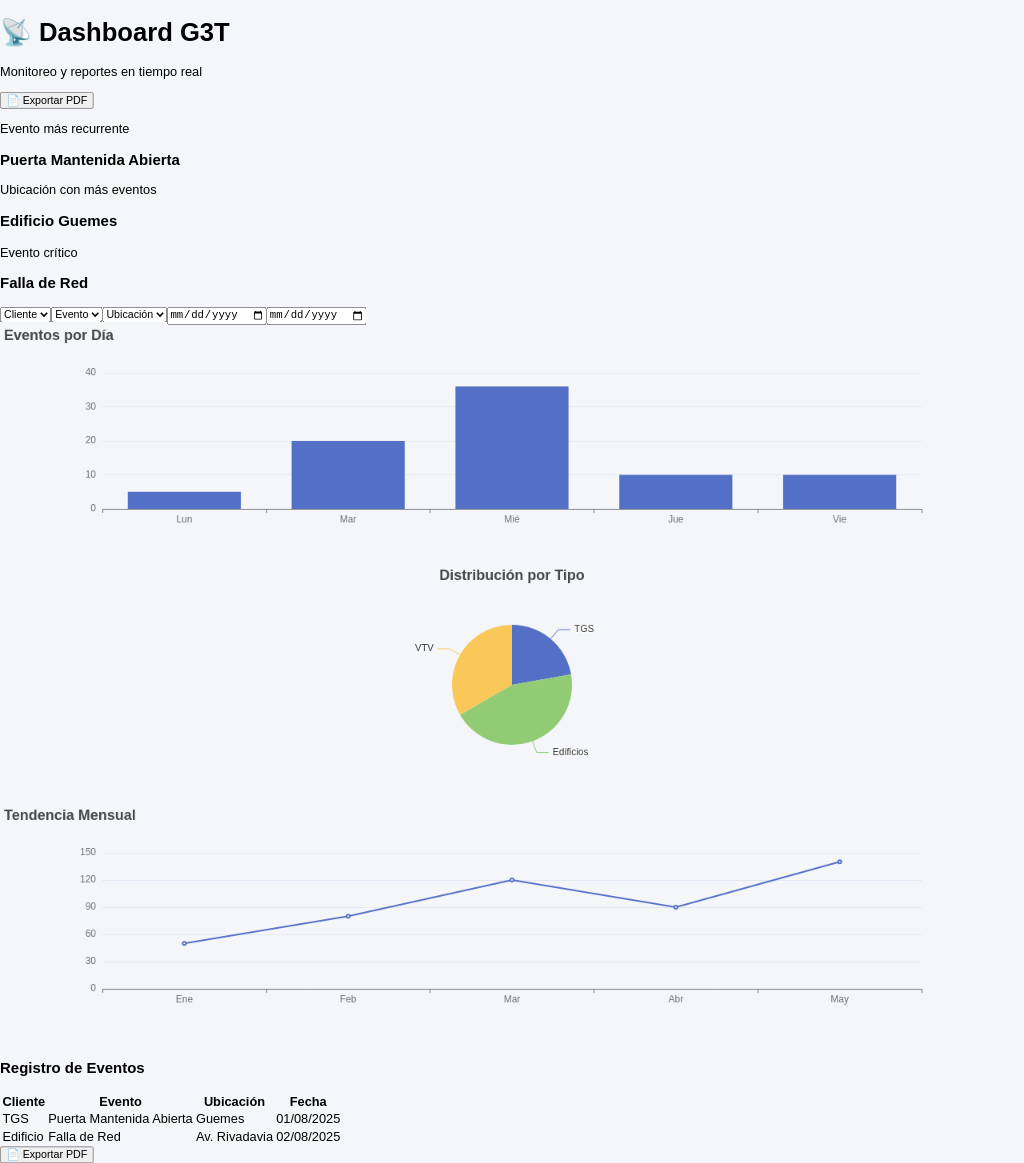
Repository: BBrian11/reportes
Page: /
An editor plug-in stored every save of this project. The page is shown before and after the next save, followed by the edit.
The browser window is 1280 px wide. The pictures show the whole page, at 80% of full size.
The project was rebuilt for these pictures with package versions that can differ from the ones it lists, and the page was loaded fresh each time. Also part of the build but not shown: vite.config.js, src/styles/form.css.

Above is the page before, as saved 2025-07-29 16:18:33.

### index.html
<!DOCTYPE html>
<html lang="es">
  <head>
    <meta charset="UTF-8" />
    <meta name="viewport" content="width=device-width, initial-scale=1.0" />
    <title>Dashboard G3T</title>
  </head>
  <body>
    <div id="root"></div>
    <script type="module" src="/src/main.jsx"></script>
  </body>
</html>

### src/main.jsx
import React from "react";
import ReactDOM from "react-dom/client";
import App from "./App.jsx";
import "./styles/dashboard.css";
import "./styles/form.css";

ReactDOM.createRoot(document.getElementById("root")).render(
  <React.StrictMode>
    <App />
  </React.StrictMode>
);

### src/App.jsx
import React from "react";
import Dashboard from "./components/Dashboard/Dashboard.jsx";

export default function App() {
  return <Dashboard />;
}

### src/styles/dashboard.css
body { font-family: Arial; margin: 0; background: #f4f6f9; }
.dashboard-banner { background: #203a43; color: #fff; padding: 15px; }
.stats-cards { display: flex; gap: 10px; margin: 10px; }
.card { background: white; padding: 15px; border-radius: 8px; box-shadow: 0 2px 6px rgba(0,0,0,0.1); }

### src/components/Dashboard/Dashboard.jsx
import React from 'react';
import Header from './Header.jsx';
import StatsCards from './StatsCards.jsx';
import Filters from './Filters.jsx';
import Charts from './Charts.jsx';
import EventsTable from './EventsTable.jsx';
import ExportPDF from './ExportPDF.jsx';

export default function Dashboard() {
  return (
    <div className="p-4 bg-gray-50 min-h-screen">
      <Header />
      <StatsCards />
      <Filters />
      <Charts />
      <EventsTable />
      <ExportPDF />
    </div>
  );
}

### src/components/Dashboard/Header.jsx
import React from 'react';

export default function Header() {
  return (
    <div className="bg-gradient-to-r from-blue-700 to-indigo-800 text-white p-4 rounded-lg shadow-md flex justify-between items-center mb-4">
      <div>
        <h1 className="text-xl font-bold">📡 Dashboard G3T</h1>
        <p className="text-sm">Monitoreo y reportes en tiempo real</p>
      </div>
      <button className="bg-white text-blue-900 px-4 py-2 rounded shadow hover:bg-gray-200 transition">
        📄 Exportar PDF
      </button>
    </div>
  );
}

### src/components/Dashboard/StatsCards.jsx
import React from 'react';

export default function StatsCards() {
  const stats = [
    { title: 'Evento más recurrente', value: 'Puerta Mantenida Abierta' },
    { title: 'Ubicación con más eventos', value: 'Edificio Guemes' },
    { title: 'Evento crítico', value: 'Falla de Red' }
  ];

  return (
    <div className="grid grid-cols-1 md:grid-cols-3 gap-4 mb-4">
      {stats.map((stat, index) => (
        <div key={index} className="bg-white p-4 rounded-lg shadow text-center">
          <p className="text-gray-600">{stat.title}</p>
          <h3 className="text-xl font-bold">{stat.value}</h3>
        </div>
      ))}
    </div>
  );
}

### src/components/Dashboard/Filters.jsx
import React from 'react';

export default function Filters() {
  return (
    <div className="bg-white p-4 rounded-lg shadow mb-4 flex flex-wrap gap-2">
      <select className="border p-2 rounded w-full md:w-auto">
        <option>Cliente</option>
      </select>
      <select className="border p-2 rounded w-full md:w-auto">
        <option>Evento</option>
      </select>
      <select className="border p-2 rounded w-full md:w-auto">
        <option>Ubicación</option>
      </select>
      <input type="date" className="border p-2 rounded w-full md:w-auto" />
      <input type="date" className="border p-2 rounded w-full md:w-auto" />
    </div>
  );
}

### src/components/Dashboard/Charts.jsx
import React from 'react';
import BarChart from './BarChart.jsx';
import PieChart from './PieChart.jsx';
import LineChart from './LineChart.jsx';

export default function Charts() {
  return (
    <div className="grid grid-cols-1 lg:grid-cols-3 gap-4 mb-4">
      <BarChart />
      <PieChart />
      <LineChart />
    </div>
  );
}

### src/components/Dashboard/EventsTable.jsx
import React from 'react';

export default function EventsTable() {
  const eventos = [
    { cliente: 'TGS', evento: 'Puerta Mantenida Abierta', ubicacion: 'Guemes', fecha: '01/08/2025' },
    { cliente: 'Edificio', evento: 'Falla de Red', ubicacion: 'Av. Rivadavia', fecha: '02/08/2025' }
  ];

  return (
    <div className="bg-white rounded-lg shadow p-4 mb-4">
      <h3 className="text-lg font-bold mb-2">Registro de Eventos</h3>
      <table className="w-full text-left">
        <thead>
          <tr>
            <th className="border-b p-2">Cliente</th>
            <th className="border-b p-2">Evento</th>
            <th className="border-b p-2">Ubicación</th>
            <th className="border-b p-2">Fecha</th>
          </tr>
        </thead>
        <tbody>
          {eventos.map((e, idx) => (
            <tr key={idx}>
              <td className="border-b p-2">{e.cliente}</td>
              <td className="border-b p-2">{e.evento}</td>
              <td className="border-b p-2">{e.ubicacion}</td>
              <td className="border-b p-2">{e.fecha}</td>
            </tr>
          ))}
        </tbody>
      </table>
    </div>
  );
}

### src/components/Dashboard/ExportPDF.jsx
import React from 'react';

export default function ExportPDF() {
  const handleExport = () => {
    alert('Generación de PDF en desarrollo');
  };

  return (
    <div className="text-center mb-4">
      <button
        onClick={handleExport}
        className="bg-blue-600 text-white px-6 py-2 rounded shadow hover:bg-blue-700 transition"
      >
        📄 Exportar PDF
      </button>
    </div>
  );
}

### src/components/Dashboard/BarChart.jsx
import React, { useEffect } from 'react';
import * as echarts from 'echarts';

export default function BarChart() {
  useEffect(() => {
    const chart = echarts.init(document.getElementById('barChart'));
    chart.setOption({
      title: { text: 'Eventos por Día' },
      tooltip: {},
      xAxis: { data: ['Lun', 'Mar', 'Mié', 'Jue', 'Vie'] },
      yAxis: {},
      series: [{ type: 'bar', data: [5, 20, 36, 10, 10] }]
    });
  }, []);

  return <div id="barChart" style={{ height: '300px' }} className="bg-white rounded-lg shadow p-2"></div>;
}

### src/components/Dashboard/PieChart.jsx
import React, { useEffect } from 'react';
import * as echarts from 'echarts';

export default function PieChart() {
  useEffect(() => {
    const chart = echarts.init(document.getElementById('pieChart'));
    chart.setOption({
      title: { text: 'Distribución por Tipo', left: 'center' },
      series: [
        {
          type: 'pie',
          radius: '50%',
          data: [
            { value: 10, name: 'TGS' },
            { value: 20, name: 'Edificios' },
            { value: 15, name: 'VTV' }
          ]
        }
      ]
    });
  }, []);

  return <div id="pieChart" style={{ height: '300px' }} className="bg-white rounded-lg shadow p-2"></div>;
}

### src/components/Dashboard/LineChart.jsx
import React, { useEffect } from 'react';
import * as echarts from 'echarts';

export default function LineChart() {
  useEffect(() => {
    const chart = echarts.init(document.getElementById('lineChart'));
    chart.setOption({
      title: { text: 'Tendencia Mensual' },
      xAxis: { type: 'category', data: ['Ene', 'Feb', 'Mar', 'Abr', 'May'] },
      yAxis: { type: 'value' },
      series: [{ data: [50, 80, 120, 90, 140], type: 'line' }]
    });
  }, []);

  return <div id="lineChart" style={{ height: '300px' }} className="bg-white rounded-lg shadow p-2"></div>;
}

After the next save:
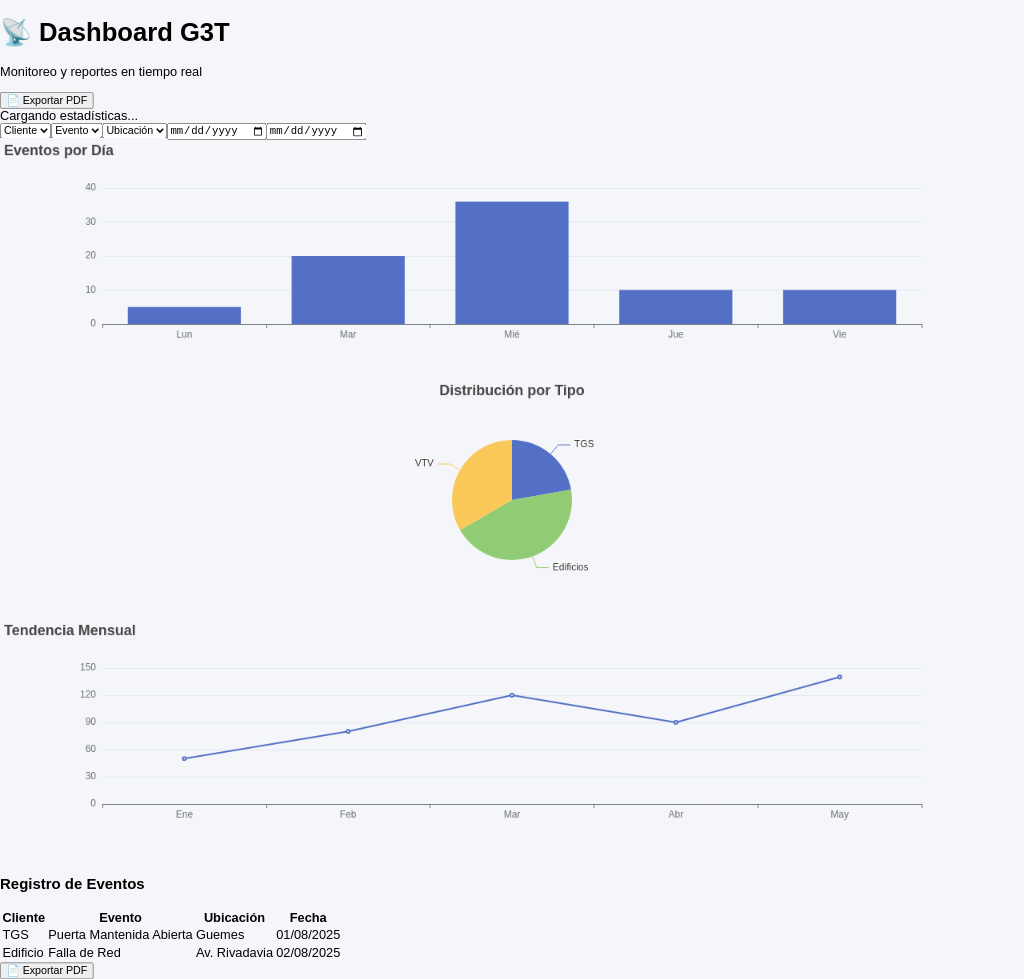
Saved 117 s later.
--- a/src/components/Dashboard/StatsCards.jsx
+++ b/src/components/Dashboard/StatsCards.jsx
@@ -1,18 +1,50 @@
-import React from 'react';
+import React from "react";
 
-export default function StatsCards() {
+export default function StatsCards({ eventos }) {
+  if (!eventos || eventos.length === 0) {
+    return (
+      <div className="flex justify-center items-center text-gray-500 mb-6 animate-pulse">
+        Cargando estadísticas...
+      </div>
+    );
+  }
+
+  const eventCount = {};
+  const locationCount = {};
+
+  eventos.forEach((e) => {
+    eventCount[e.evento] = (eventCount[e.evento] || 0) + 1;
+    locationCount[e.ubicacion] = (locationCount[e.ubicacion] || 0) + 1;
+  });
+
+  const eventoMasFrecuente = Object.entries(eventCount).sort((a, b) => b[1] - a[1])[0][0];
+  const ubicacionMasFrecuente = Object.entries(locationCount).sort((a, b) => b[1] - a[1])[0][0];
+
+  const eventosCriticosLista = ["alarma", "puerta forzada", "coacción", "pánico", "intrusión", "robo"];
+  const eventoCritico =
+    eventos.find((e) =>
+      eventosCriticosLista.some((critico) =>
+        e.evento.toLowerCase().includes(critico)
+      )
+    )?.evento || "Sin Evento Crítico";
+
   const stats = [
-    { title: 'Evento más recurrente', value: 'Puerta Mantenida Abierta' },
-    { title: 'Ubicación con más eventos', value: 'Edificio Guemes' },
-    { title: 'Evento crítico', value: 'Falla de Red' }
+    { icon: "📊", title: "Evento más frecuente", value: eventoMasFrecuente, color: "text-blue-600 bg-blue-100" },
+    { icon: "📍", title: "Ubicación con más eventos", value: ubicacionMasFrecuente, color: "text-green-600 bg-green-100" },
+    { icon: "⚠", title: "Evento crítico detectado", value: eventoCritico, color: "text-red-600 bg-red-100" },
   ];
 
   return (
-    <div className="grid grid-cols-1 md:grid-cols-3 gap-4 mb-4">
+    <div className="grid grid-cols-1 md:grid-cols-3 gap-6 mb-6">
       {stats.map((stat, index) => (
-        <div key={index} className="bg-white p-4 rounded-lg shadow text-center">
-          <p className="text-gray-600">{stat.title}</p>
-          <h3 className="text-xl font-bold">{stat.value}</h3>
+        <div key={index} className="bg-white rounded-xl shadow hover:shadow-lg transition p-6">
+          <div className="flex items-center gap-4 mb-3">
+            <div className={`w-12 h-12 flex items-center justify-center rounded-full ${stat.color}`}>
+              <span className="text-2xl">{stat.icon}</span>
+            </div>
+            <h4 className="text-gray-700 font-semibold">{stat.title}</h4>
+          </div>
+          <h2 className="text-xl font-bold text-gray-900">{stat.value}</h2>
         </div>
       ))}
     </div>
